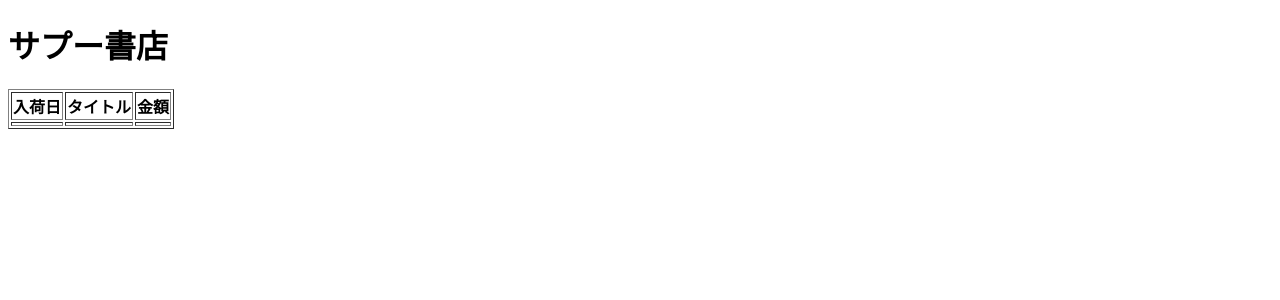
Repository: tom00ti/Vtuber_sapoo_flask
Page: http://localhost/form
These files come from the project's save history. The page is drawn as it stood at one moment and after the next save; the edit follows.
The browser window is 1280 px wide. The pictures show the whole page.
The page is served by the project's application, run on Flask 3 (flaskr/app.py).

Above is the page before, as saved 2024-12-21 15:00:14.

After the next save:
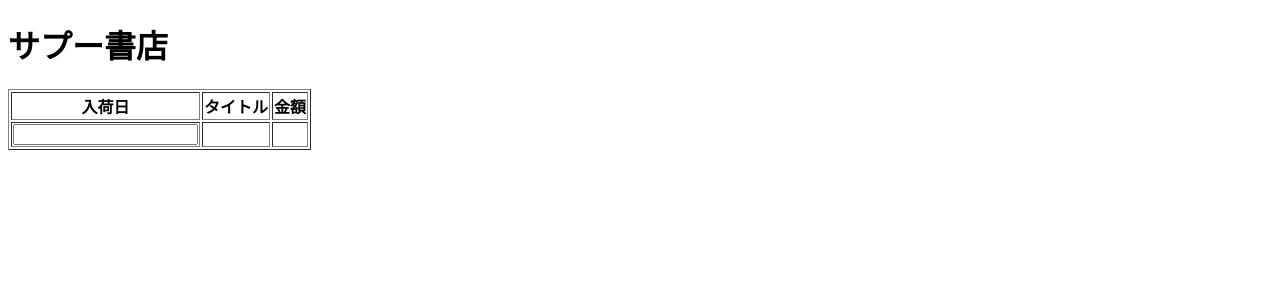
Saved 6 min 17 s later.
--- a/flaskr/templates/form.html
+++ b/flaskr/templates/form.html
@@ -13,7 +13,7 @@
                 <th>金額</th>
             </tr>
             <tr>
-                <td></td>
+                <td> <input type="text" name="arrival_day"> </td>
                 <td></td>
                 <td></td>
             </tr>
